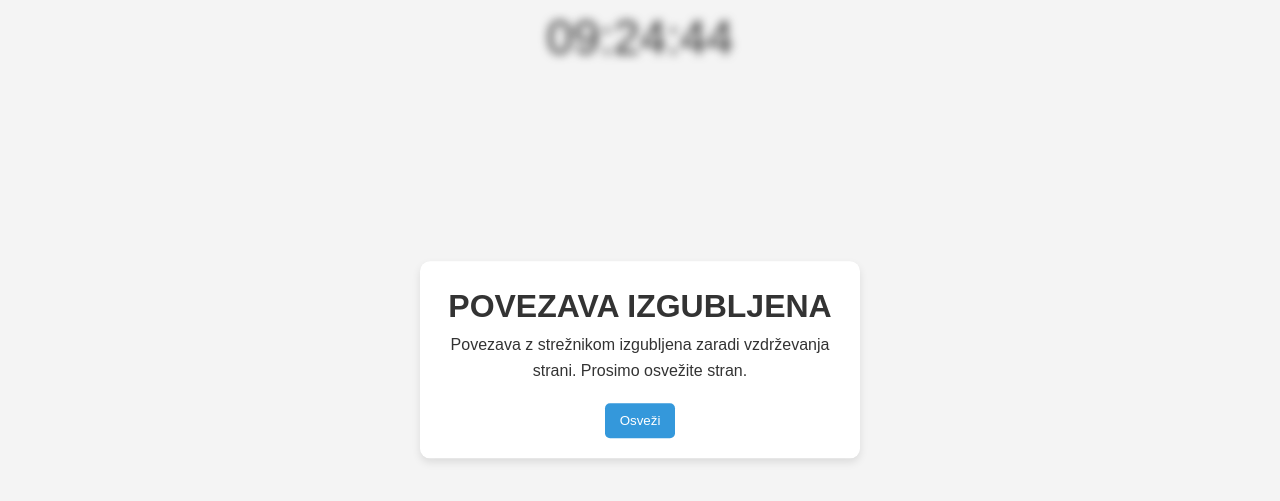
Repository: razrednicasopis/razrednicasopis.github.io
Page: Resources/ura.html
The author's editor kept a copy of each file at every save. The page is drawn from the files as they stood at one save, then again after the next save.
The browser window is 1280 px wide. The pictures show the whole page.

Above is the page before, as saved 2024-03-07 09:32:10.
Console error: TypeError: Cannot read properties of null (reading 'addEventListener')

After the next save:
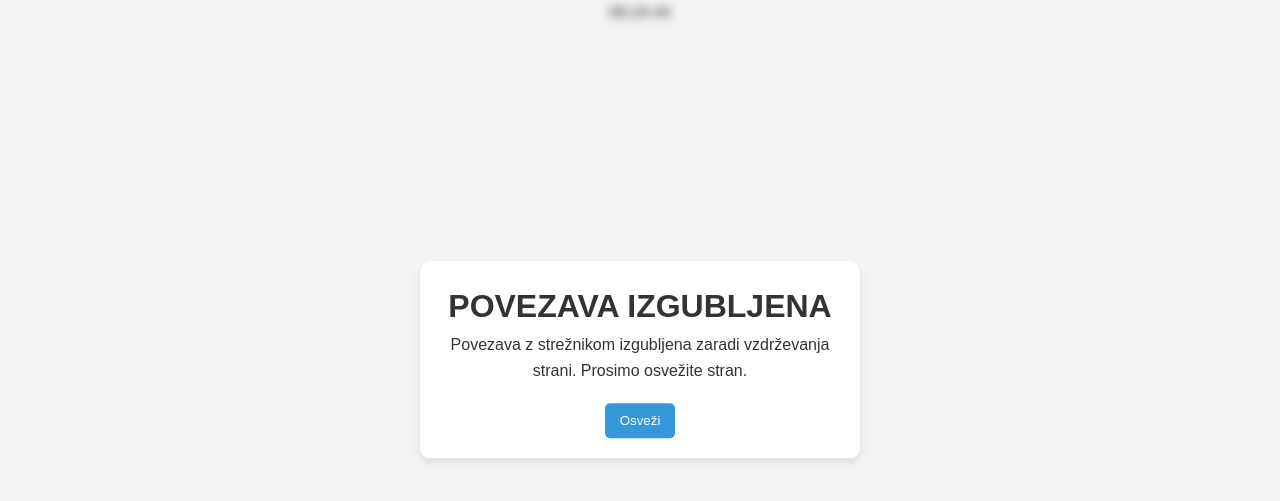
Saved 8 s later.
--- a/Resources/system.css
+++ b/Resources/system.css
@@ -380,6 +380,7 @@ height: 120px;
 
 .clock {
   text-align: center;
+  margin-
   font-size: 3em;
 }
 
